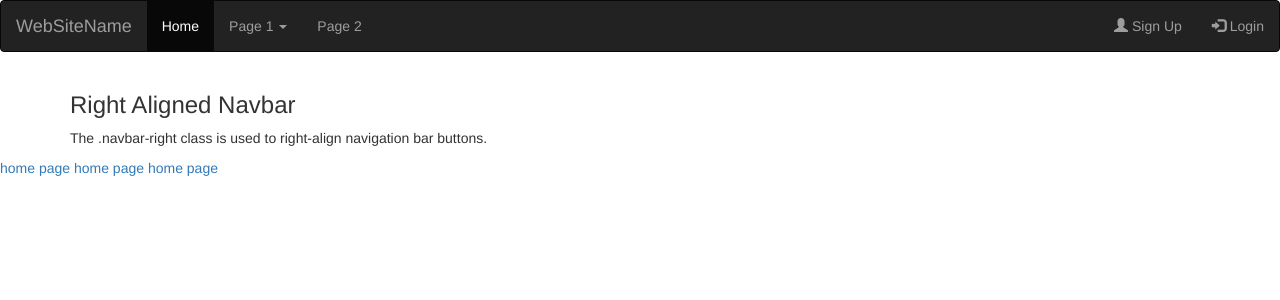
Repository: Shaheenkhan/MECHRONICS
Page: http://localhost/MECHRONICS/
An editor plug-in stored every save of this project. The page is shown before and after the next save, followed by the edit.
The browser window is 1280 px wide. The pictures show the whole page.
The page is served by Tomcat 9. Other server files are loaded and not shown.

Above is the page before, as saved 2016-10-24 06:16:22.

### MECHRONICS/src/main/webapp/index.jsp
<jsp:include page="WEB-INF/views/commonheader.jsp"></jsp:include>



<a href="home">home page</a>

<a href="home">home page</a>

<a href="home">home page</a>

### MECHRONICS/src/main/webapp/WEB-INF/views/commonheader.jsp
<!DOCTYPE html>
<html lang="en">
<head>
  <title>Bootstrap Case</title>
  <meta charset="utf-8">
  <meta name="viewport" content="width=device-width, initial-scale=1">
  <link rel="stylesheet" href="https://maxcdn.bootstrapcdn.com/bootstrap/3.3.7/css/bootstrap.min.css">
  <script src="https://ajax.googleapis.com/ajax/libs/jquery/1.12.4/jquery.min.js"></script>
  <script src="https://maxcdn.bootstrapcdn.com/bootstrap/3.3.7/js/bootstrap.min.js"></script>
</head>
<body>

<nav class="navbar navbar-inverse">
  <div class="container-fluid">
    <div class="navbar-header">
      <a class="navbar-brand" href="#">WebSiteName</a>
    </div>
    <ul class="nav navbar-nav">
      <li class="active"><a href="#">Home</a></li>
      <li class="dropdown"><a class="dropdown-toggle" data-toggle="dropdown" href="#">Page 1 <span class="caret"></span></a>
        <ul class="dropdown-menu">
          <li><a href="#">Page 1-1</a></li>
          <li><a href="#">Page 1-2</a></li>
          <li><a href="#">Page 1-3</a></li>
        </ul>
      </li>
      <li><a href="#">Page 2</a></li>
    </ul>
    <ul class="nav navbar-nav navbar-right">
      <li><a href="#"><span class="glyphicon glyphicon-user"></span> Sign Up</a></li>
      <li><a href="#"><span class="glyphicon glyphicon-log-in"></span> Login</a></li>
    </ul>
  </div>
</nav>

<div class="container">
  <h3>Right Aligned Navbar</h3>
  <p>The .navbar-right class is used to right-align navigation bar buttons.</p>
</div>

</body>
</html>

After the next save:
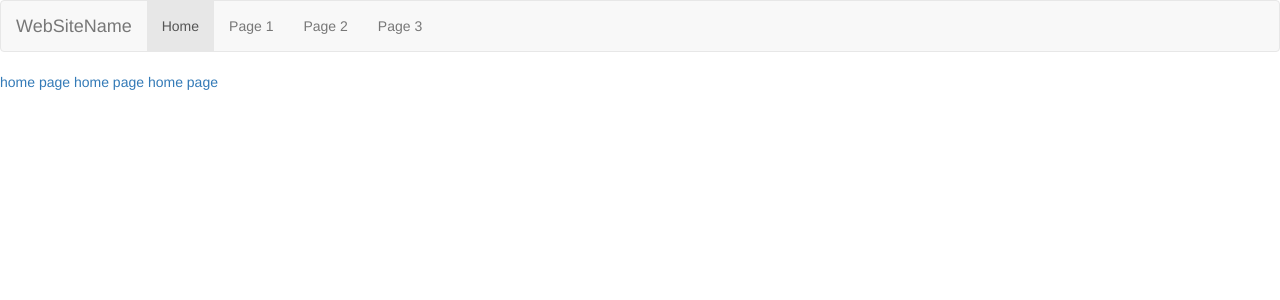
Saved 10 min 44 s later.
--- a/MECHRONICS/src/main/webapp/WEB-INF/views/commonheader.jsp
+++ b/MECHRONICS/src/main/webapp/WEB-INF/views/commonheader.jsp
@@ -1,42 +1,34 @@
-<!DOCTYPE html>
-<html lang="en">
+<%@ page language="java" contentType="text/html; charset=ISO-8859-1"
+    pageEncoding="ISO-8859-1"%>
+<!DOCTYPE html PUBLIC "-//W3C//DTD HTML 4.01 Transitional//EN" "http://www.w3.org/TR/html4/loose.dtd">
+<html>
 <head>
-  <title>Bootstrap Case</title>
-  <meta charset="utf-8">
-  <meta name="viewport" content="width=device-width, initial-scale=1">
-  <link rel="stylesheet" href="https://maxcdn.bootstrapcdn.com/bootstrap/3.3.7/css/bootstrap.min.css">
-  <script src="https://ajax.googleapis.com/ajax/libs/jquery/1.12.4/jquery.min.js"></script>
-  <script src="https://maxcdn.bootstrapcdn.com/bootstrap/3.3.7/js/bootstrap.min.js"></script>
+<meta http-equiv="Content-Type" content="text/html; charset=ISO-8859-1">
+<title>Insert title here</title>
+<!-- Latest compiled and minified CSS -->
+<link rel="stylesheet" href="https://maxcdn.bootstrapcdn.com/bootstrap/3.3.7/css/bootstrap.min.css">
+
+<!-- jQuery library -->
+<script src="https://ajax.googleapis.com/ajax/libs/jquery/1.12.4/jquery.min.js"></script>
+
+<!-- Latest compiled JavaScript -->
+<script src="https://maxcdn.bootstrapcdn.com/bootstrap/3.3.7/js/bootstrap.min.js"></script>
+
 </head>
 <body>
-
-<nav class="navbar navbar-inverse">
+<nav class="navbar navbar-default">
   <div class="container-fluid">
     <div class="navbar-header">
       <a class="navbar-brand" href="#">WebSiteName</a>
     </div>
     <ul class="nav navbar-nav">
       <li class="active"><a href="#">Home</a></li>
-      <li class="dropdown"><a class="dropdown-toggle" data-toggle="dropdown" href="#">Page 1 <span class="caret"></span></a>
-        <ul class="dropdown-menu">
-          <li><a href="#">Page 1-1</a></li>
-          <li><a href="#">Page 1-2</a></li>
-          <li><a href="#">Page 1-3</a></li>
-        </ul>
-      </li>
+      <li><a href="#">Page 1</a></li>
       <li><a href="#">Page 2</a></li>
-    </ul>
-    <ul class="nav navbar-nav navbar-right">
-      <li><a href="#"><span class="glyphicon glyphicon-user"></span> Sign Up</a></li>
-      <li><a href="#"><span class="glyphicon glyphicon-log-in"></span> Login</a></li>
+      <li><a href="#">Page 3</a></li>
     </ul>
   </div>
 </nav>
 
-<div class="container">
-  <h3>Right Aligned Navbar</h3>
-  <p>The .navbar-right class is used to right-align navigation bar buttons.</p>
-</div>
-
 </body>
 </html>
